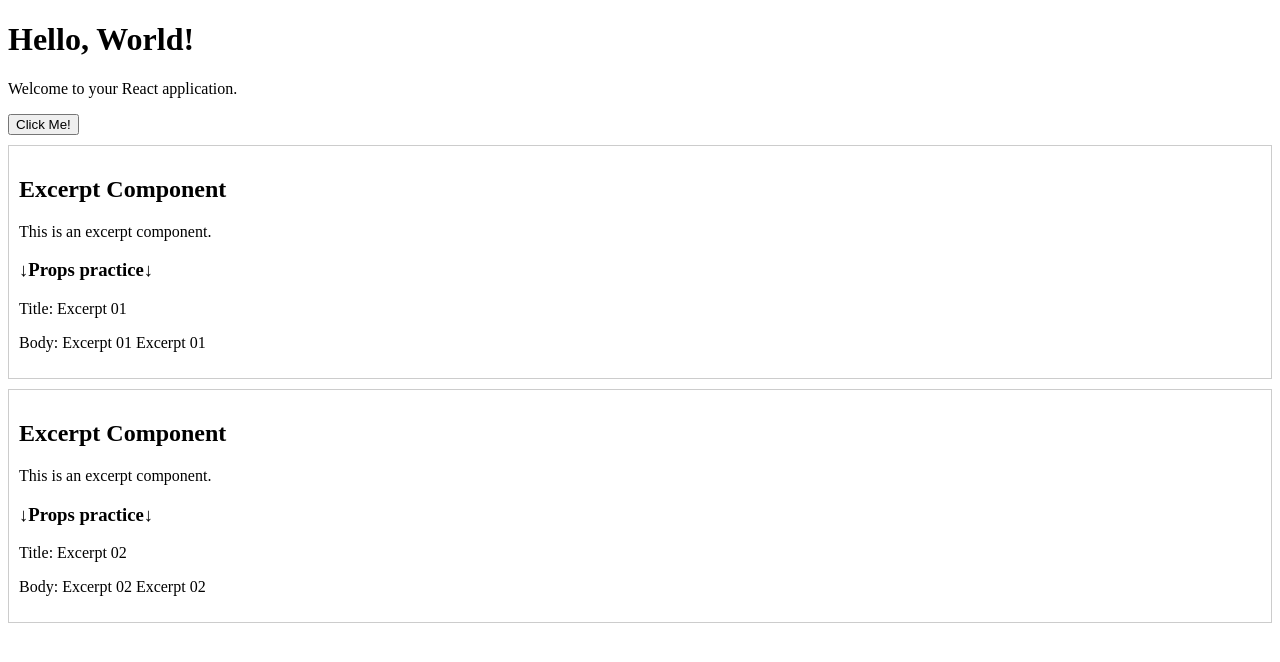
Repository: wendeshiro/D3-F-week1
Page: /
The author's editor kept a copy of each file at every save. The page is drawn from the files as they stood at one save, then again after the next save.
The browser window is 1280 px wide. The pictures show the whole page.
The project was rebuilt for these pictures with package versions that can differ from the ones it lists, and the page was loaded fresh each time. Also part of the build but not shown: vite.config.js.

Above is the page before, as saved 2025-09-08 16:00:09.

After the next save:
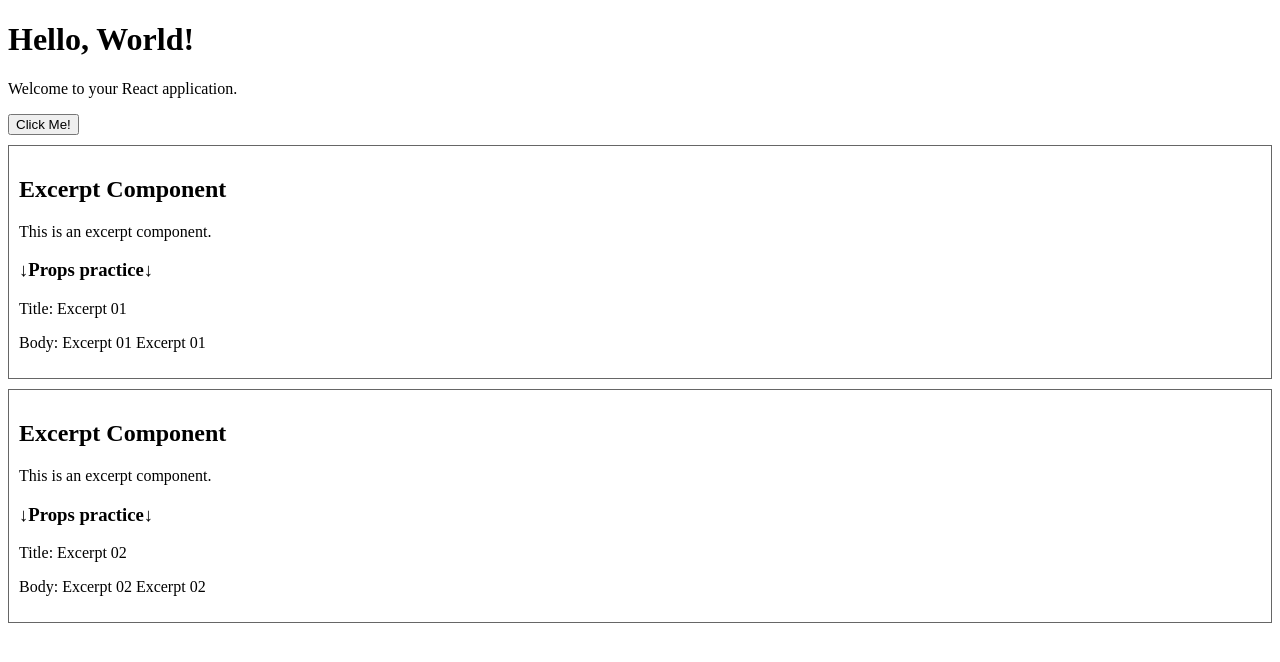
Saved 33 s later.
--- a/src/index.css
+++ b/src/index.css
@@ -1,5 +1,5 @@
 .excerpt {
-    border: 1px solid #ccc;
+    border: 1px solid #666666;
     padding: 10px;
     margin: 10px 0;
 }
